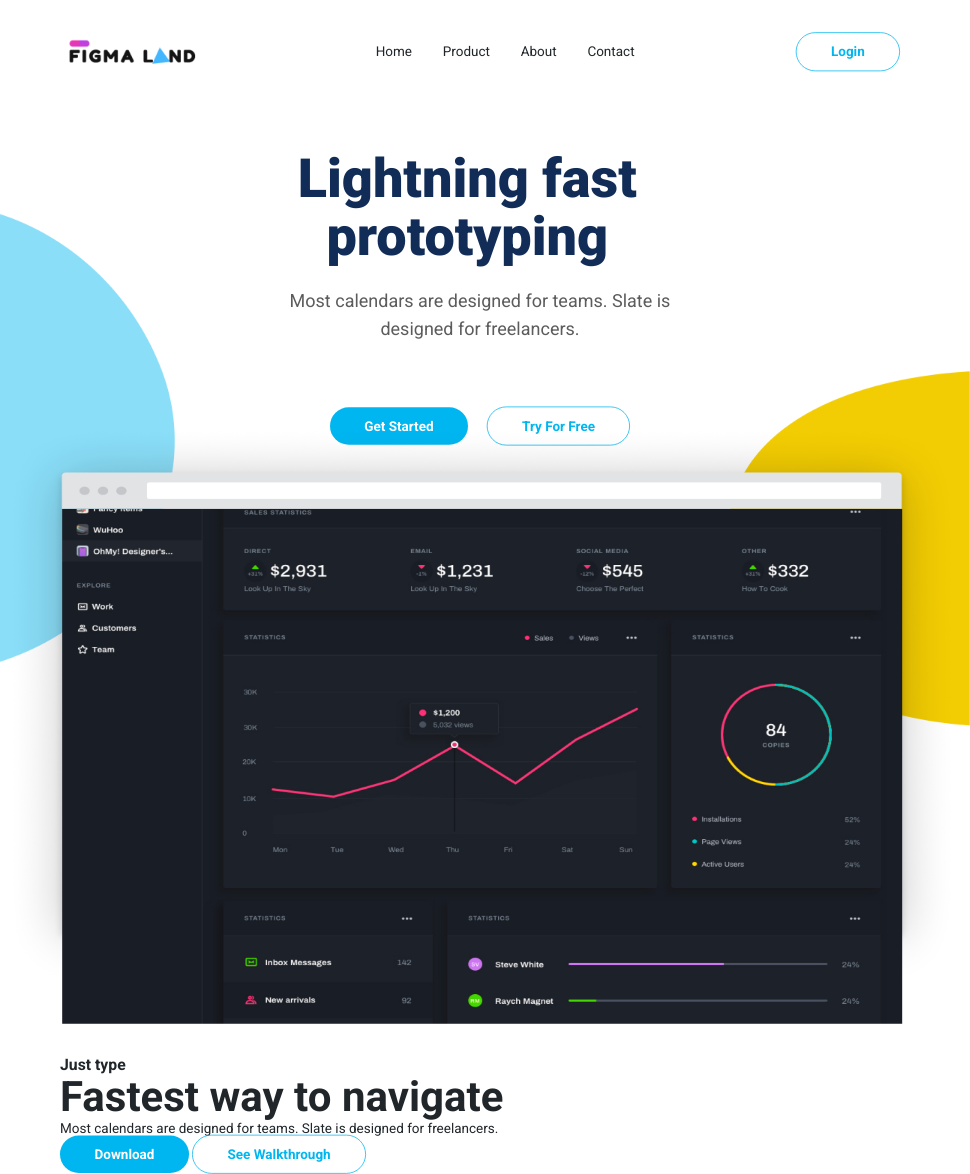
Repository: tungcutte35/Figma-Land
Page: sass/index.html
These files come from the project's save history. The page is drawn as it stood at one moment and after the next save; the edit follows.
The browser window is 1280 px wide. The page is 1293 px wide, so the pictures cover 1293 px, including what lies to the right of the window. The pictures show the whole page, at 75% of full size.
The style sheet was rebuilt from its Sass, Less or Tailwind sources for each picture, by a compiler version that may differ from the author's.

Above is the page before, as saved 2021-10-23 17:14:14.

After the next save:
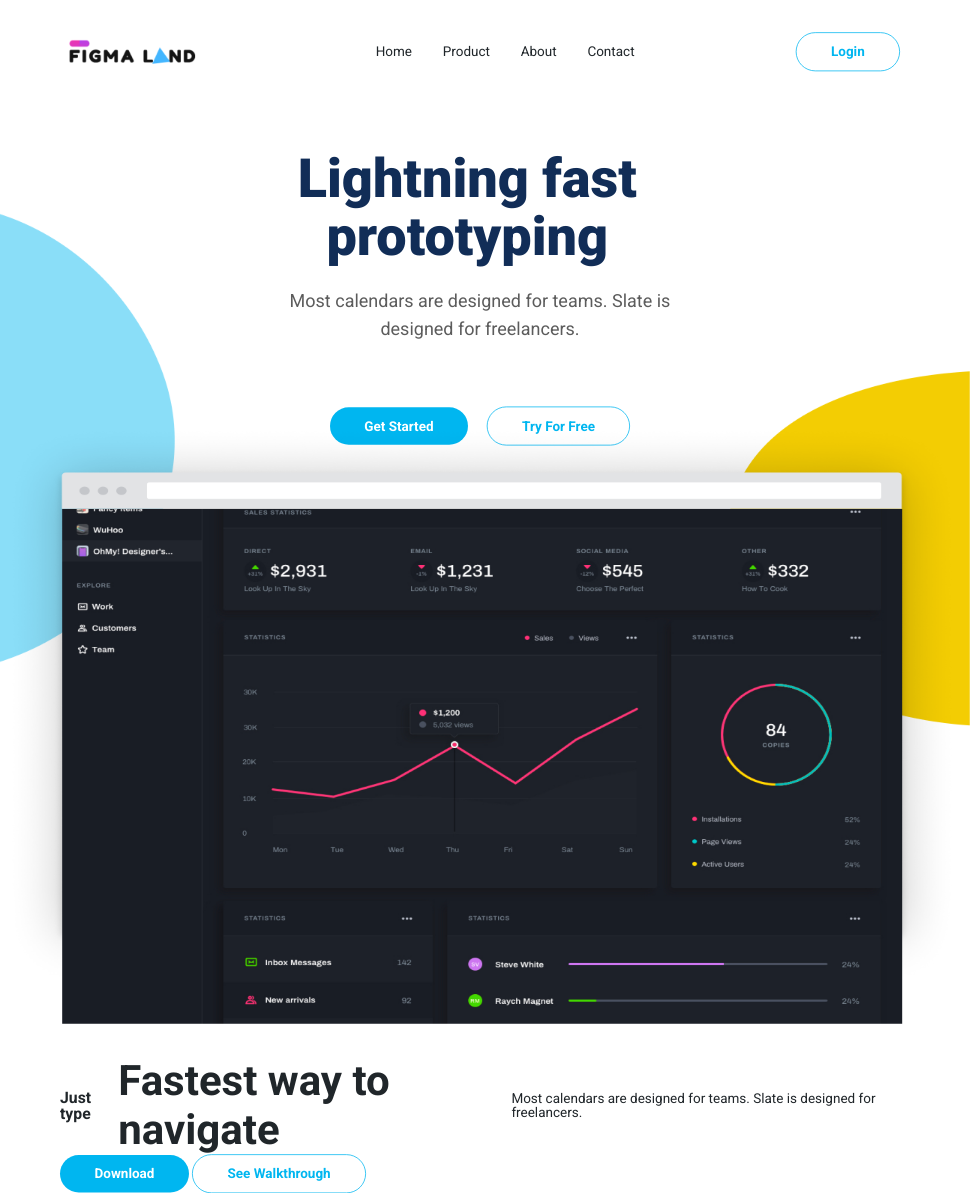
Saved 20 s later.
--- a/sass/_fastest.scss
+++ b/sass/_fastest.scss
@@ -2,4 +2,8 @@
   &-container {
     margin: 0 auto;
   }
+  &-header {
+    display: flex;
+    align-items: center;
+  }
 }

After the 2 saves that followed:
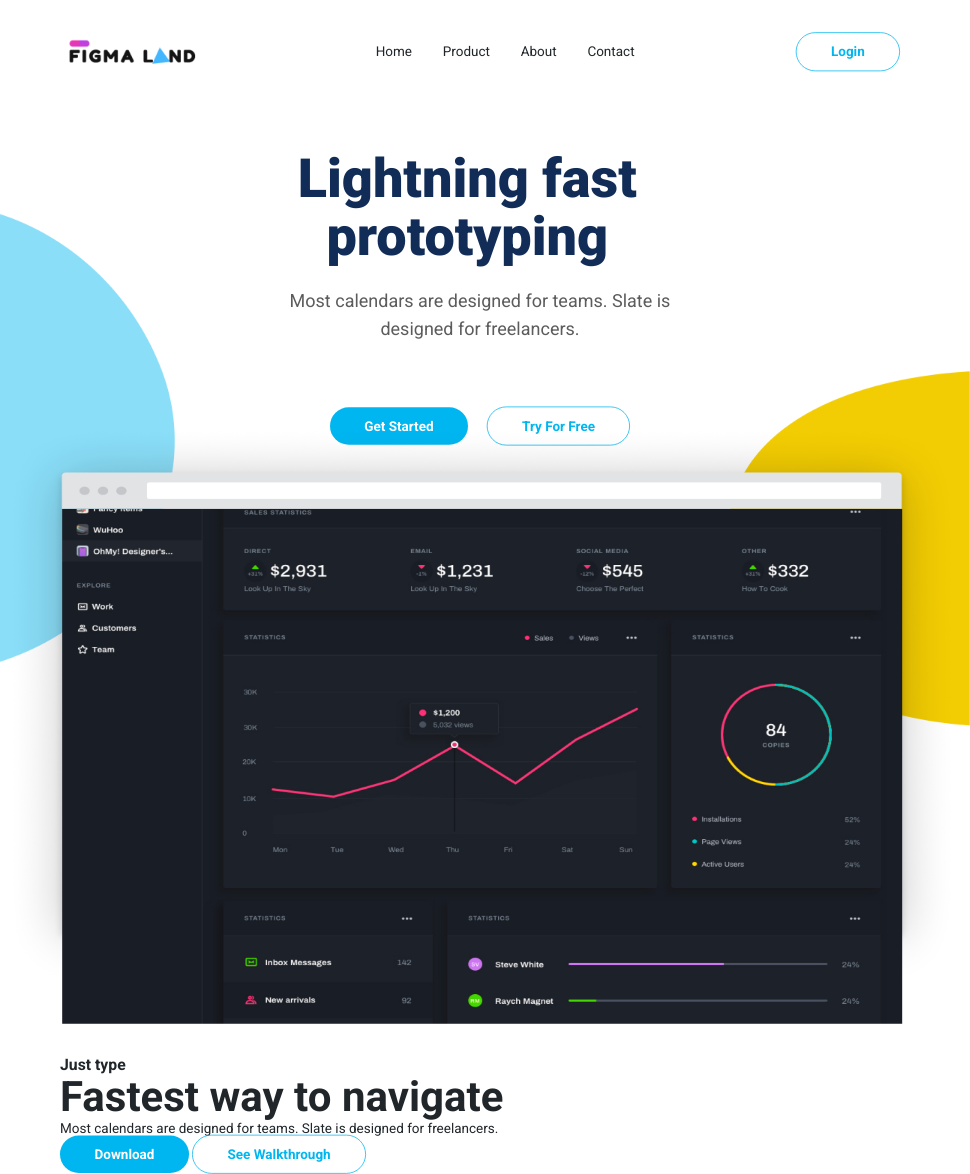
The 2 saves are shown as one change because 1 left the picture as it was.
The last was saved 13 s later.
--- a/sass/_fastest.scss
+++ b/sass/_fastest.scss
@@ -3,7 +3,5 @@
     margin: 0 auto;
   }
   &-header {
-    display: flex;
-    align-items: center;
   }
 }
